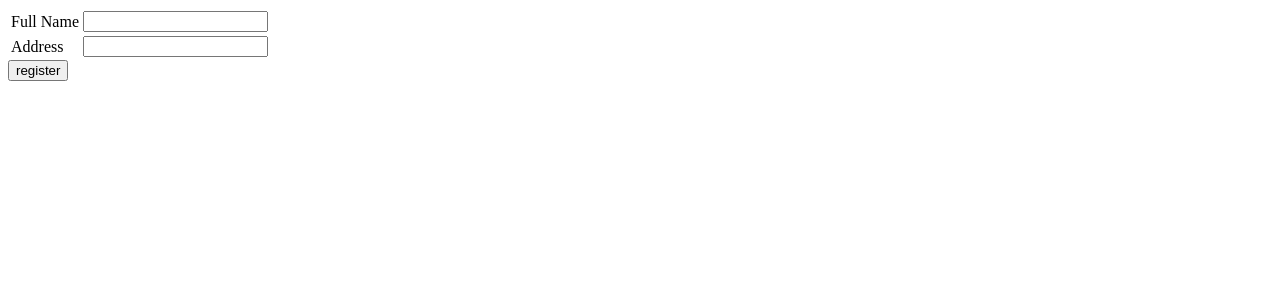
Repository: vishaldhardubey/Java-Programs-BridgeIT
Page: Maven/StudentInfoApplication/WebContent/loginPage.html
An editor plug-in stored every save of this project. The page is shown before and after the next save, followed by the edit.
The browser window is 1280 px wide. The pictures show the whole page.

Above is the page before, as saved 2018-06-20 13:06:02.

After the next save:
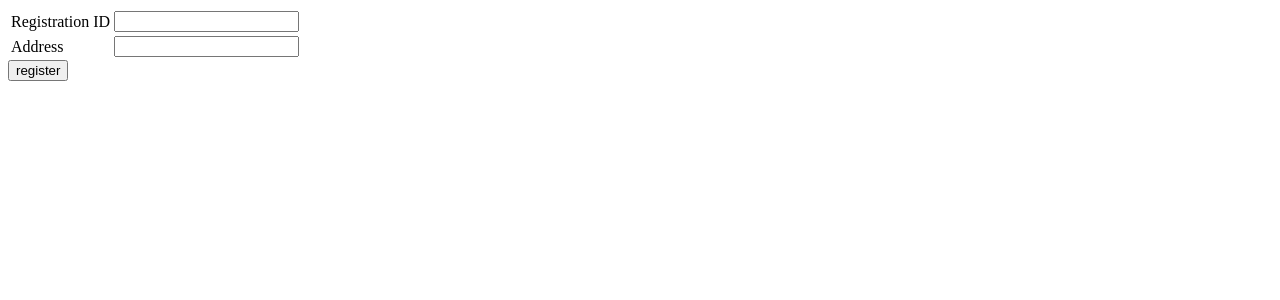
Saved 33 s later.
--- a/Maven/StudentInfoApplication/WebContent/loginPage.html
+++ b/Maven/StudentInfoApplication/WebContent/loginPage.html
@@ -44,8 +44,8 @@ function Validation(){
 	<form action="RegistrationController" method="post">
 			<table style="with: 50%">
 				<tr>
-					<td>Full Name</td>
-					<td><input type="text" name="fullname" /></td>
+					<td>Registration ID</td>
+					<td><input type="text" name="name" /></td>
 				</tr>
 				<tr>
 					<td>Address</td>
